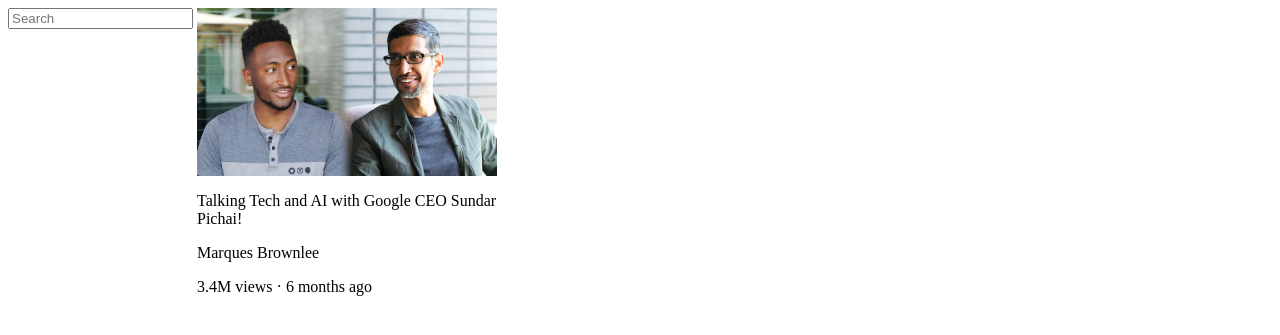
Repository: knowledgeAlan/html-css-ten
Page: youtube.html
These files come from the project's save history. The page is drawn as it stood at one moment and after the next save; the edit follows.
The browser window is 1280 px wide. The pictures show the whole page.

Above is the page before, as saved 2024-03-06 18:27:41.

### youtube.html
<!DOCTYPE html>
<html>

<head>
    <title>Youtube.com Clone</title>

    <link rel="preconnect" href="https://fonts.googleapis.com">
    <link rel="preconnect" href="https://fonts.gstatic.com" crossorigin>
    <link href="https://fonts.googleapis.com/css2?family=Roboto:wght@400;500;700&display=swap" rel="stylesheet">
    <style >
        .thumbnail {
            width: 300px;
            display: block;
        }

        .search-bar{
                display: block;
        }

        .video-title {
            width: 300px;
        }

        .video-preview {

            width: 300px;
            display: inline-block;
            vertical-align: top;
            margin-right: 15px;
        }



    </style>

    <body>



        <input class="searh-bar" type="text" placeholder="Search">

        <div class="video-preview">

            <img class="thumbnail" src="thumbnails/thumbnail.png" alt="Dinosaur"/>

            <p class="video-title">
                Talking Tech and AI with Google CEO Sundar Pichai!
            </p>

            <p class="video-author">
                Marques Brownlee
            </p>

            <p class="video-stats">
                3.4M views &#183; 6 months ago
            </p>
        </div>



    </body>
</head>
</html>

After the next save:
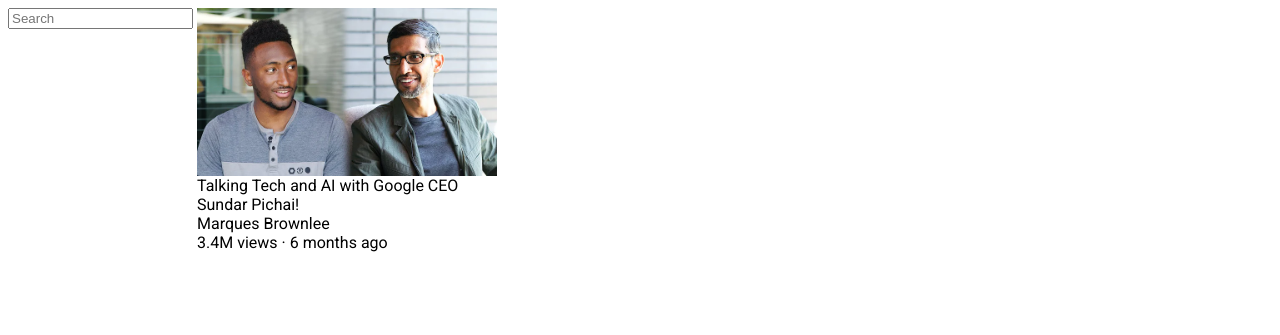
Saved 43 s later.
--- a/youtube.html
+++ b/youtube.html
@@ -8,6 +8,12 @@
     <link rel="preconnect" href="https://fonts.gstatic.com" crossorigin>
     <link href="https://fonts.googleapis.com/css2?family=Roboto:wght@400;500;700&display=swap" rel="stylesheet">
     <style >
+
+        p {
+            font-family: Roboto,Arial;
+            margin-top: 0;
+            margin-bottom: 0;
+        }
         .thumbnail {
             width: 300px;
             display: block;
